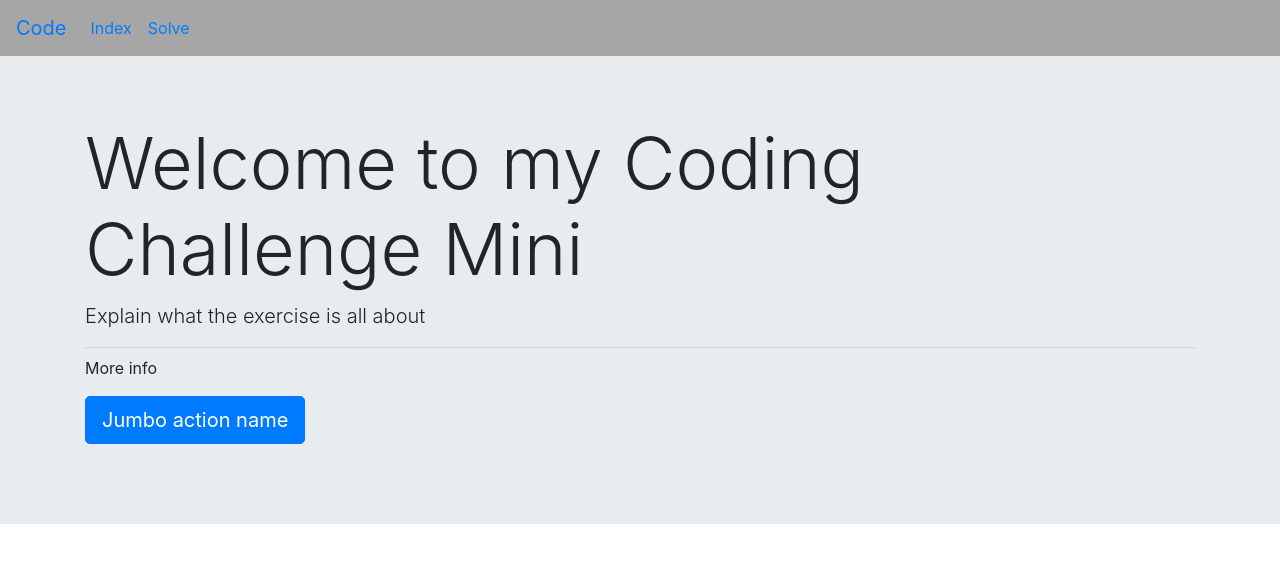
Repository: zhadjah9559/TacocatGrammar
Page: code.html
The author's editor kept a copy of each file at every save. The page is drawn from the files as they stood at one save, then again after the next save.
The browser window is 1280 px wide. The pictures show the whole page.

Above is the page before, as saved 2021-01-14 19:48:03.

### code.html
<!doctype html>
<html lang="en">
  <head>
    <title>Code</title>
    <!-- Required meta tags -->
    <meta charset="utf-8">
    <meta name="viewport" content="width=device-width, initial-scale=1, shrink-to-fit=no">

    <!-- Bootstrap CSS -->
    <link rel="stylesheet" href="https://stackpath.bootstrapcdn.com/bootstrap/4.3.1/css/bootstrap.min.css" integrity="sha384-ggOyR0iXCbMQv3Xipma34MD+dH/1fQ784/j6cY/iJTQUOhcWr7x9JvoRxT2MZw1T" crossorigin="anonymous">
    <link rel="stylesheet" href="css/custom.css">
  </head>
  <body>

    <nav class="navbar navbar-expand-sm" style="background-color: #A6A6A6;">
        <a class="navbar-brand" href="#">Code</a>
        <button class="navbar-toggler d-lg-none" type="button" data-toggle="collapse" data-target="#collapsibleNavId" aria-controls="collapsibleNavId"
            aria-expanded="false" aria-label="Toggle navigation"></button>
        <div class="collapse navbar-collapse" id="collapsibleNavId">
            <ul class="navbar-nav mr-auto mt-2 mt-lg-0">
                <li class="nav-item active">
                    <a class="nav-link" href="index.html">Index<span class="sr-only">(current)</span></a>
                </li>
                <li class="nav-item">
                    <a class="nav-link" href="solve.html">Solve</a>
                </li>
            </ul>
        </div>
    </nav>


    <div class="jumbotron jumbotron-fluid">
        <div class="container">
            <h1 class="display-3">Welcome to my Coding Challenge Mini </h1>
            <p class="lead">Explain what the exercise is all about</p>
            <hr class="my-2">
            <p>More info</p>
            <p class="lead">
                <a class="btn btn-primary btn-lg" href="Jumbo action link" role="button">Jumbo action name</a>
            </p>
        </div>
    </div>

    <!-- Optional JavaScript -->
    <!-- jQuery first, then Popper.js, then Bootstrap JS -->
    <script src="https://code.jquery.com/jquery-3.3.1.slim.min.js" integrity="sha384-q8i/X+965DzO0rT7abK41JStQIAqVgRVzpbzo5smXKp4YfRvH+8abtTE1Pi6jizo" crossorigin="anonymous"></script>
    <script src="https://cdnjs.cloudflare.com/ajax/libs/popper.js/1.14.7/umd/popper.min.js" integrity="sha384-UO2eT0CpHqdSJQ6hJty5KVphtPhzWj9WO1clHTMGa3JDZwrnQq4sF86dIHNDz0W1" crossorigin="anonymous"></script>
    <script src="https://stackpath.bootstrapcdn.com/bootstrap/4.3.1/js/bootstrap.min.js" integrity="sha384-JjSmVgyd0p3pXB1rRibZUAYoIIy6OrQ6VrjIEaFf/nJGzIxFDsf4x0xIM+B07jRM" crossorigin="anonymous"></script>
  </body>
</html>

### css/custom.css
/*.navbar .navbar-expand-sm{
    background-color: #A6A6A6;
}

^^Not working atm*/

After the next save:
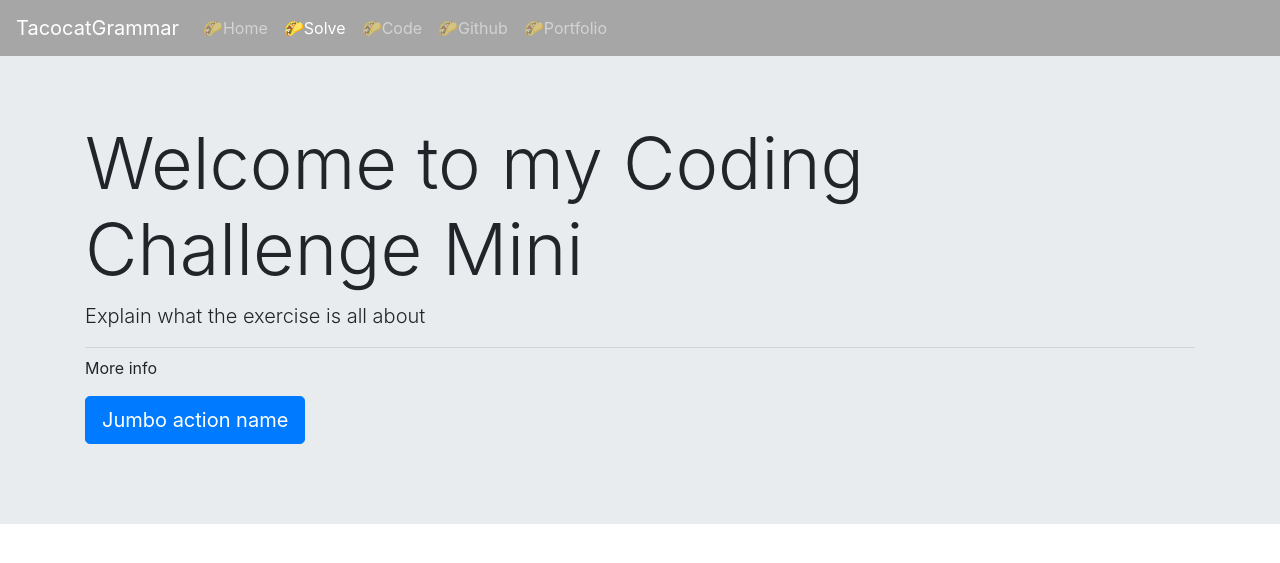
Saved 32 s later.
--- a/code.html
+++ b/code.html
@@ -12,17 +12,26 @@
   </head>
   <body>
 
-    <nav class="navbar navbar-expand-sm" style="background-color: #A6A6A6;">
-        <a class="navbar-brand" href="#">Code</a>
+    <nav class="navbar navbar-expand-sm navbar-dark" style="background-color:  #A6A6A6">
+        <a class="navbar-brand" href="#">TacocatGrammar</a>
         <button class="navbar-toggler d-lg-none" type="button" data-toggle="collapse" data-target="#collapsibleNavId" aria-controls="collapsibleNavId"
             aria-expanded="false" aria-label="Toggle navigation"></button>
         <div class="collapse navbar-collapse" id="collapsibleNavId">
             <ul class="navbar-nav mr-auto mt-2 mt-lg-0">
+                <li class="nav-item">
+                    <a class="nav-link" href="index.html">🌮Home </a>
+                </li>
                 <li class="nav-item active">
-                    <a class="nav-link" href="index.html">Index<span class="sr-only">(current)</span></a>
+                    <a class="nav-link" href="solve.html">🌮Solve <span class="sr-only">(current)</span></a>
                 </li>
                 <li class="nav-item">
-                    <a class="nav-link" href="solve.html">Solve</a>
+                    <a class="nav-link" href="code.html">🌮Code </a>
+                </li>
+                <li class="nav-item">
+                    <a class="nav-link" target="_blank" href="https://github.com/zhadjah9559/SunsetHills">🌮Github</a>
+                </li>
+                <li class="nav-item">
+                    <a class="nav-link" target="_blank" href="https://www.zacharyhadjah.netlify.app">🌮Portfolio</a>
                 </li>
             </ul>
         </div>
